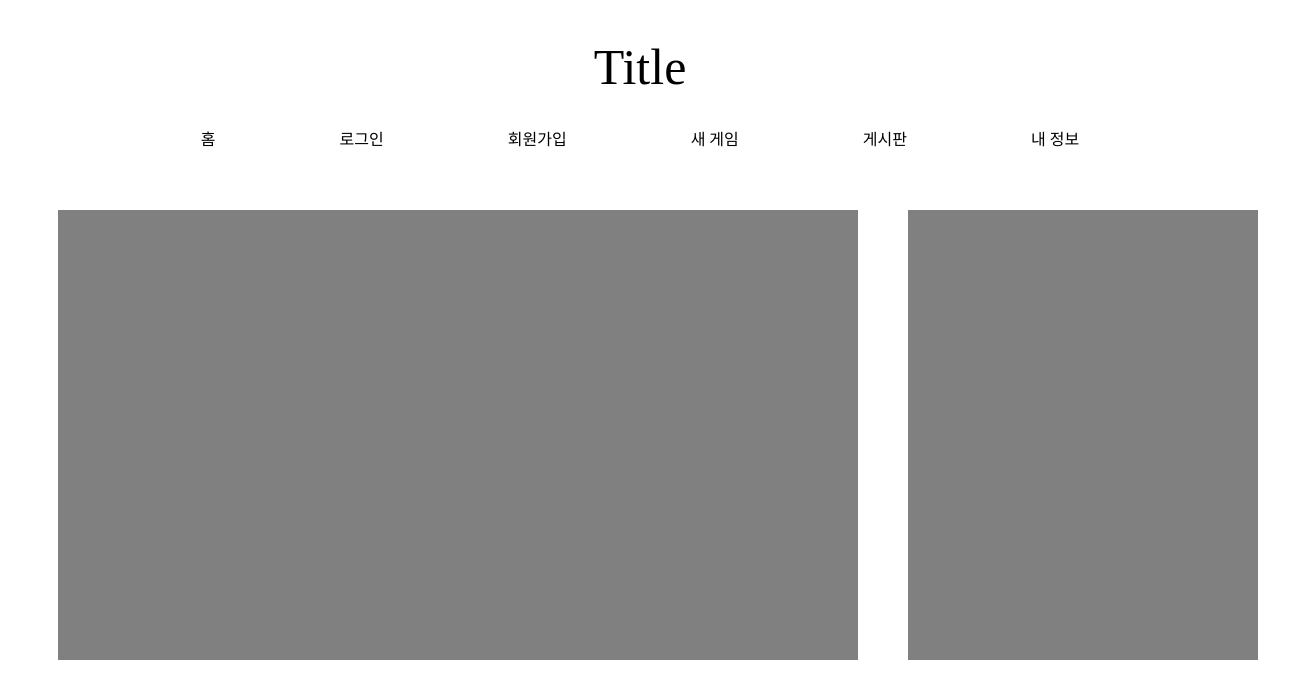
Repository: jemin7709/InP_Final
Page: 기말프로젝트/WebContent/main(unlogin).html
The author's editor kept a copy of each file at every save. The page is drawn from the files as they stood at one save, then again after the next save.
The browser window is 1280 px wide. The page is 1308 px wide, so the pictures cover 1308 px, including what lies to the right of the window. The pictures show the whole page.

Above is the page before, as saved 2021-05-19 14:43:04.

### 기말프로젝트/WebContent/main(unlogin).html
<!DOCTYPE html>
<html>
<head>
<meta charset="UTF-8">
<title>Insert title here</title>
<link href="main.css" type="text/css" rel="stylesheet">

</head>
<body>
	<!--타이틀-->
	<div id="title">Title</div>
	<!--메뉴바-->
	<div id="menu">
		<ul id="menubar">
			<li><a>홈</a></li>
			<li><a>로그인</a></li>
			<li><a>회원가입</a></li>
			<li><a>새 게임</a></li>
			<li><a>게시판</a></li>
			<li><a>내 정보</a></li>
		</ul>
	</div>
	<!--메인페이지-->
	<div id="mainpage">
		<div id="mainleft"></div>
		<div id="mainright"></div>
	</div>
	<form id="admin" action="">
		<input type="submit" value="관리자">
	</form>
</body>
</html>

### 기말프로젝트/WebContent/main.css
@charset "UTF-8";

body{
	overflow: auto;
	min-width: 1200px
	margin: 0 auto;
	text-align: center;
}

#title {
	width: 1200px;
	padding-top: 30px;
	padding-bottom: 30px;
	font-size: 50px;
	margin: 0 auto;
	z-index: 0;
}

#menubar{
	list-style-type: none;
	width:1200px;
    margin: 0;
    padding: 0;
	text-align: center;
	margin: 0 auto;
}

#menubar > li{
	height: 20px;
    padding-left: 60px;
    padding-right:60px;
	display: inline;
}

#menuber>li>a{
	font-size: 10;
}
#admin{
	position: relative;
	top: 5px;
	right: 1100px;
	z-index: 2;
}


#mainpage{
    width: 1200px;
	padding: 50px;
	padding-top: 60px;
	margin: 0 auto;
}
#mainleft{
	float: left;
	width: 800px;
	height:450px;
	background-color: gray;
}
#mainright{
	float: right;
	width: 350px;
	height:450px;
	background-color: gray;
}

After the next save:
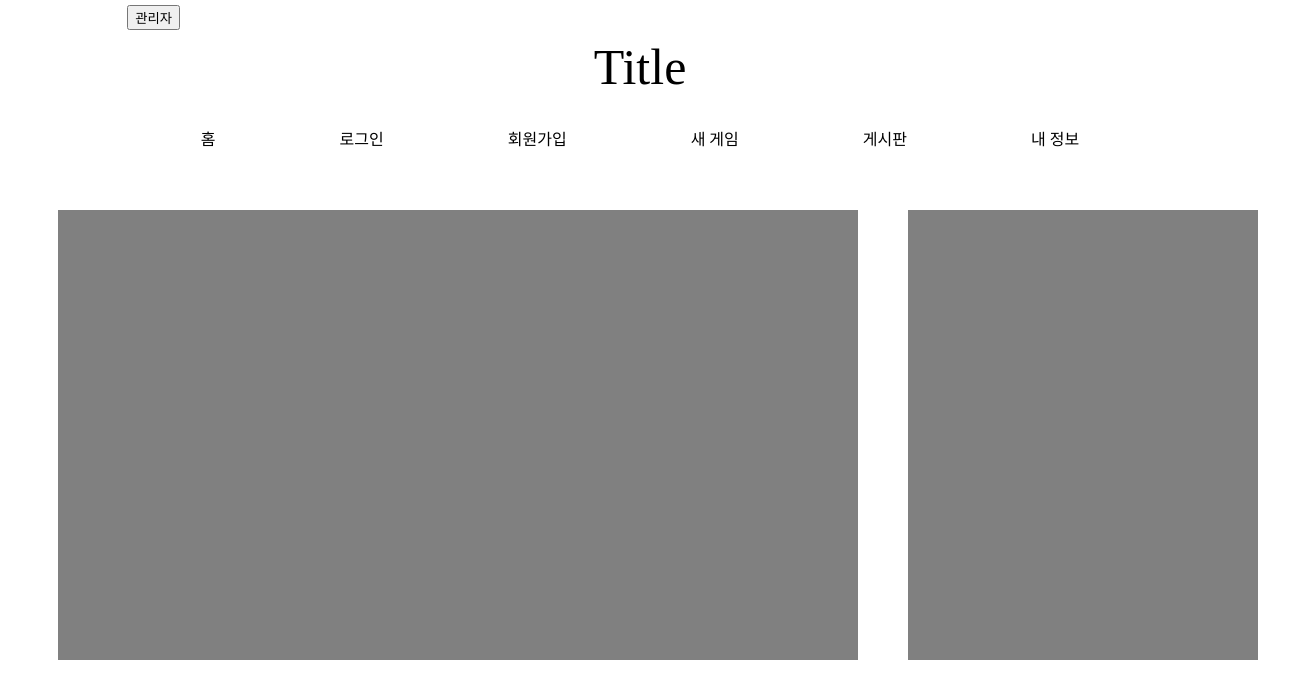
Saved 51 s later.
--- a/기말프로젝트/WebContent/main.css
+++ b/기말프로젝트/WebContent/main.css
@@ -36,7 +36,7 @@ body{
 	font-size: 10;
 }
 #admin{
-	position: relative;
+	position: absolute;
 	top: 5px;
 	right: 1100px;
 	z-index: 2;
